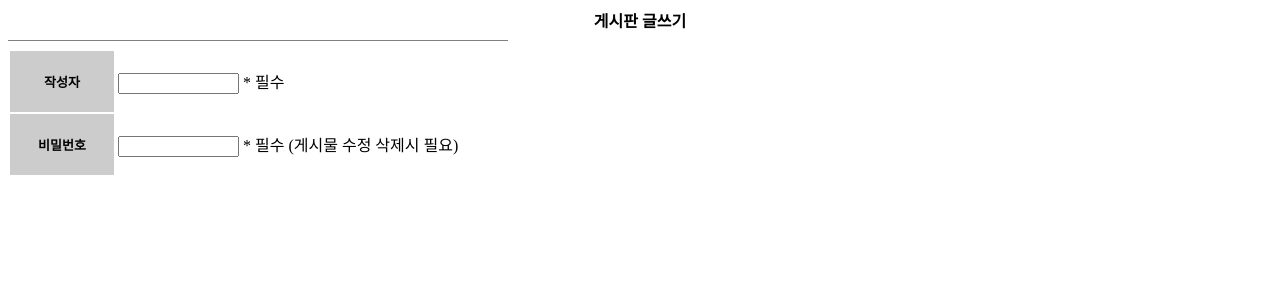
Repository: kalmia26/Capstone
Page: http://localhost/LectureSystem/write2.jsp
An editor plug-in stored every save of this project. The page is shown before and after the next save, followed by the edit.
The browser window is 1280 px wide. The pictures show the whole page.
The page is served by Tomcat 9.

Above is the page before, as saved 2017-05-08 22:02:14.

After the next save:
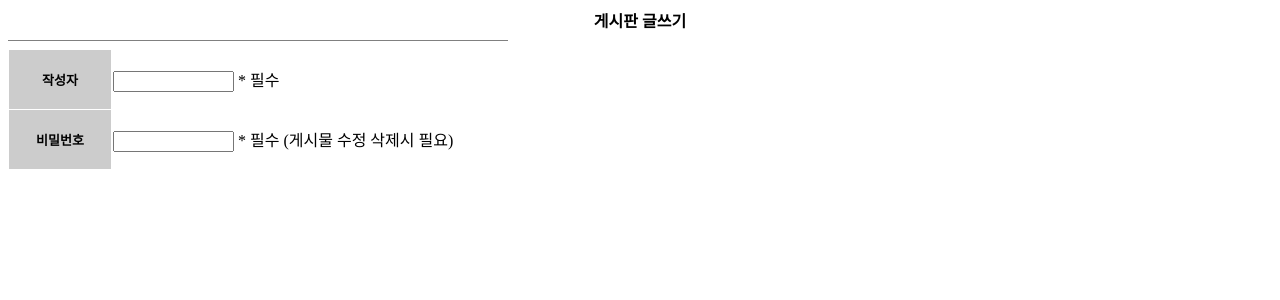
Saved 58 s later.
--- a/LectureSystem/WebContent/write2.jsp
+++ b/LectureSystem/WebContent/write2.jsp
@@ -44,7 +44,7 @@ Write.submit();
 </table>
 
 <form Name='write1' action="write_input.jsp" Method='post' onsubmit="return Check()">
-	<table border='0' width='500' cellpadding='2' cellspacing='2'>
+	<table border='0' width='500' cellpadding='1' cellspacing='1'>
 		<tr>
 			<td width='100' bgcolor='cccccc'>
 				<font size='2'><center><b>작성자</b></center></font>
